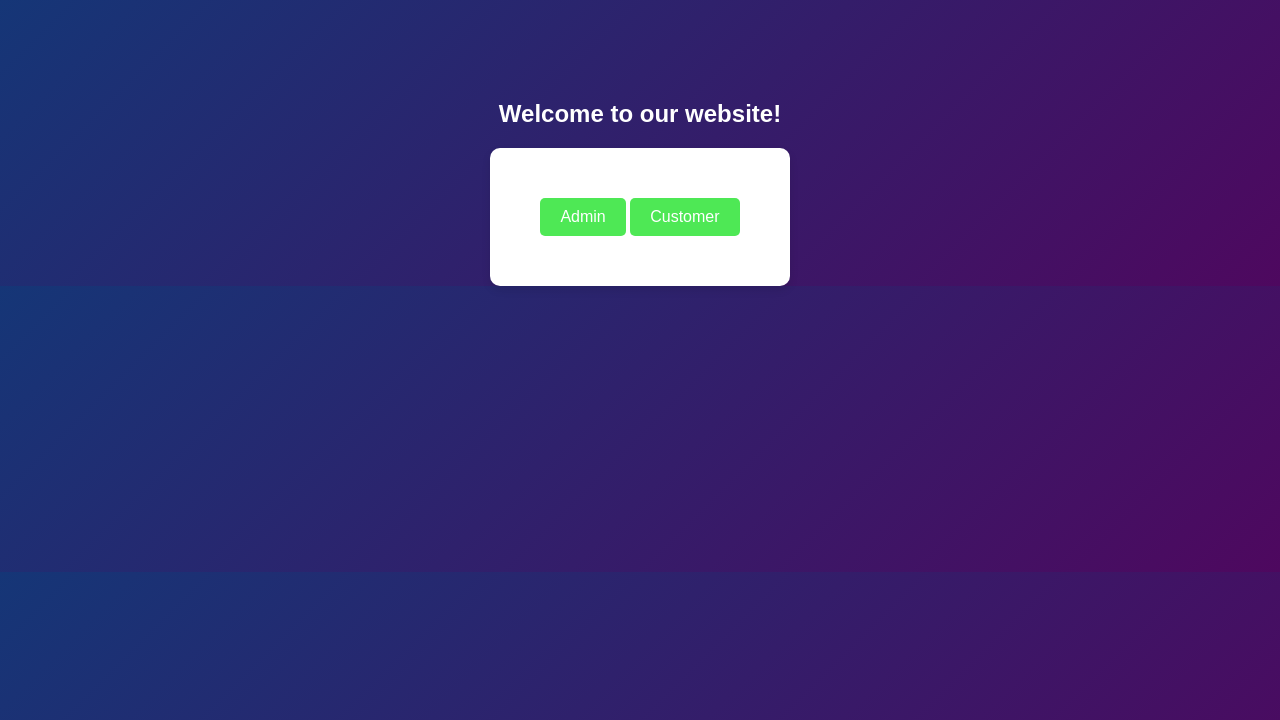
Repository: gauravraj08/bankingSystemJspServlet
Page: http://localhost/BankMangementSystem/
These files come from the project's save history. The page is drawn as it stood at one moment and after the next save; the edit follows.
The browser window is 1280 px wide. The pictures show the whole page.
The page is served by Tomcat 9. Other server files are loaded and not shown.

Above is the page before, as saved 2024-04-20 20:55:50.

### BankMangementSystem/src/main/webapp/index.jsp
<!DOCTYPE html>
<html>
<head>
    <title>Welcome</title>
    <link rel="stylesheet" type="text/css" href="css/index.css">
</head>
<style>
body {
    font-family: Arial, sans-serif;
    margin: 0;
    padding: 0;
    width: 100%;
    background: linear-gradient(135deg,#153677,#4e085f);

}

.container {
    text-align: center;
    margin-top: 100px;
}

h2 {
    color: #fff;
}

.card-container {
    display: flex;
    justify-content: center;
    margin-top: 20px;
}

.card {
    padding: 50px;
    margin: 0 10px;
    border-radius: 10px;
    background-color: #fff; /* Card background color */
    box-shadow: 0 4px 8px rgba(0, 0, 0, 0.1);
}

button {
    padding: 10px 20px;
    font-size: 16px;
    cursor: pointer;
    border: none;
    border-radius: 5px;
    background-color: #4ee855;
    color: #fff;
    transition: background-color 0.3s;
    justify-content:space-between;
}

button:hover {
    background-color: #0056b3;
}

</style>
<body>
    <div class="container">
        <h2>Welcome to our website!</h2>
        <div class="card-container">
            <form action="redirect" method="post">
                <div class="card">
                    <button type="submit" name="userType" value="admin">Admin</button>

                    <button type="submit" name="userType" value="customer">Customer</button>
                </div>
            </form>
        </div>
    </div>
</body>
</html>

### BankMangementSystem/src/main/webapp/css/index.css
body {
    font-family: Arial, sans-serif;
    background-color: #f0f0f0; /* Background color */
    margin: 0;
    padding: 0;
}

.container {
    text-align: center;
    margin-top: 100px; /* Adjust as needed */
}

h2 {
    color: #333;
}

.card-container {
    display: flex;
    justify-content: center;
    margin-top: 20px;
}

.card {
    padding: 20px;
    margin: 0 10px;
    border-radius: 10px;
    background-color: #fff; /* Card background color */
    box-shadow: 0 4px 8px rgba(0, 0, 0, 0.1);
}

button {
    padding: 10px 20px;
    font-size: 16px;
    cursor: pointer;
    border: none;
    border-radius: 5px;
    background-color: #007bff;
    color: #fff;
    transition: background-color 0.3s;
}

button:hover {
    background-color: #0056b3;
}

After the next save:
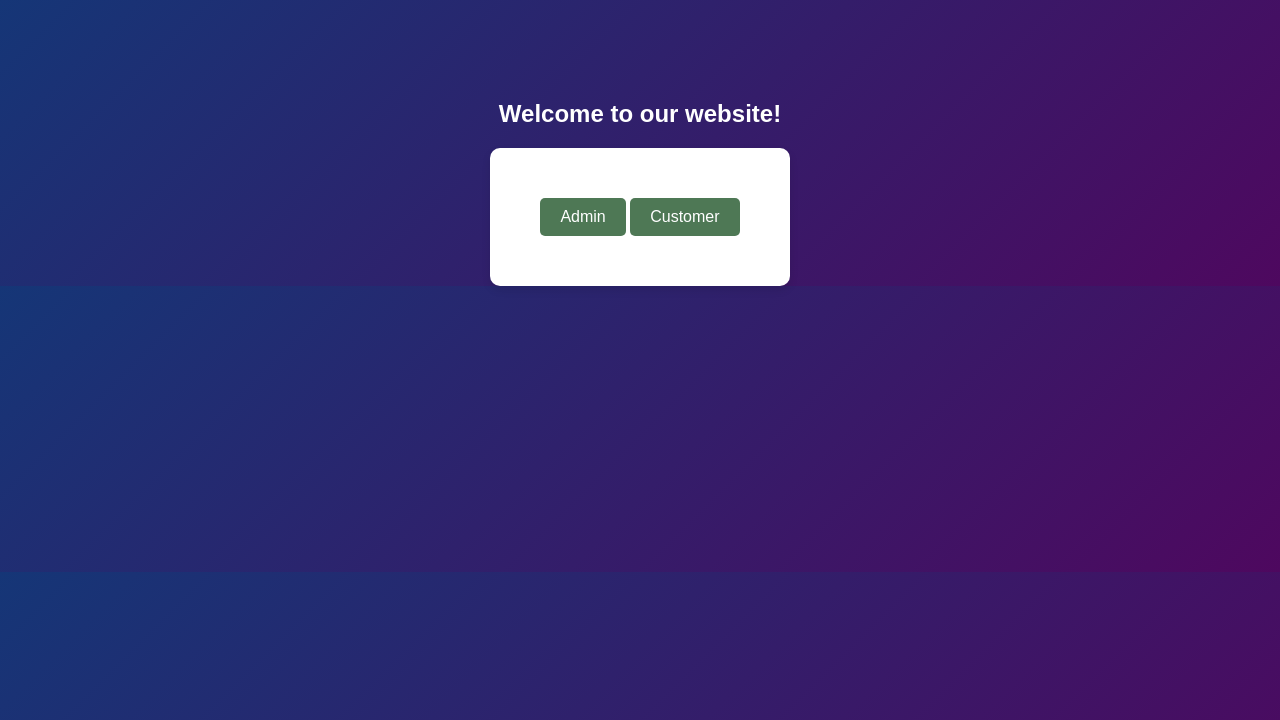
Saved 11 s later.
--- a/BankMangementSystem/src/main/webapp/index.jsp
+++ b/BankMangementSystem/src/main/webapp/index.jsp
@@ -43,7 +43,7 @@ button {
     cursor: pointer;
     border: none;
     border-radius: 5px;
-    background-color: #4ee855;
+    background-color: #4e7855;
     color: #fff;
     transition: background-color 0.3s;
     justify-content:space-between;
